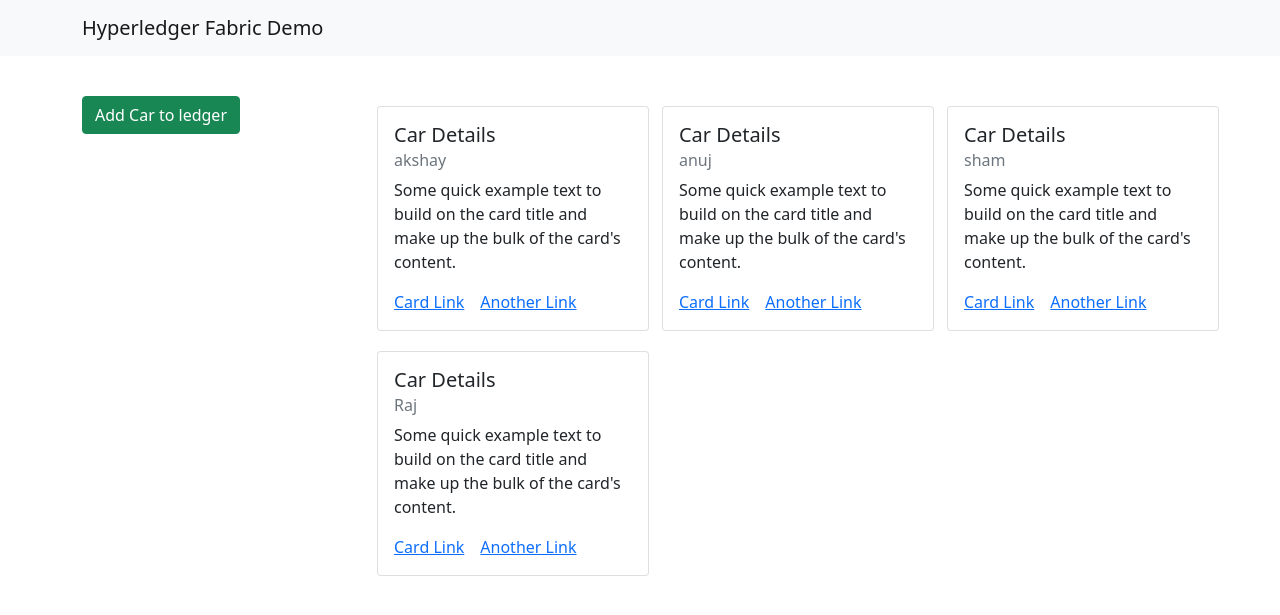
Repository: akshaykurhekar/hyperledger-asset-monetization-dapp
Page: / (app in fabcarWeb/new-ui/)
An editor plug-in stored every save of this project. The page is shown before and after the next save, followed by the edit.
The browser window is 1280 px wide. The pictures show the whole page.
The page's requests for data from a server got no answer. The project was rebuilt for these pictures with package versions that can differ from the ones it lists, and the page was loaded fresh each time. No one was signed in, and anything a server would have sent is missing.

Above is the page before, as saved 2022-03-31 16:59:17.

### fabcarWeb/new-ui/src/index.js
import React from "react";
import ReactDOM from "react-dom/client";
import "./index.css";
import App from "./App";
import reportWebVitals from "./reportWebVitals";
import "bootstrap/dist/css/bootstrap.min.css";

// ReactDOM.render(
//   <React.StrictMode>
//     <App />
//   </React.StrictMode>,
//   document.getElementById('root')
// );

ReactDOM.createRoot(document.getElementById("root")).render(
  <React.StrictMode>
    <App />
  </React.StrictMode>
);

// If you want to start measuring performance in your app, pass a function
// to log results (for example: reportWebVitals(console.log))
// or send to an analytics endpoint. Learn more: https://bit.ly/CRA-vitals
reportWebVitals();

### fabcarWeb/new-ui/src/App.js
import React, {useState, useEffect} from 'react';
import Navbar from "./components/navbar";
import Card from "./components/card";
import Model from "./components/model";
import { Container, Row, Col } from "react-bootstrap";
import axios from "axios";

function App() {
  const carList = [{ name: "akshay" }, { name: "anuj" }, { name: "sham" },{ name: "Raj" }];

  const baseURL = "https://jsonplaceholder.typicode.com/posts/1";

  const [carLists, setCarList] = useState(null);

  useEffect(() => {
    axios.get(baseURL).then((response) => {
        console.log(response.data);
      setCarList(response.data);
    });
  }, []);

  return (
    <>
      <Navbar />
      <Container>
        <Row style={{ paddingTop: "40px" }}>
          <Col sm={3}>
            <Model />
          </Col>
          <Col sm={9}>
            <Row>
              {carList.map((item, idx) => {
                return (
                  <Col sm={4}>
                    <Card key={idx} name={item.name} />
                  </Col>
                );
              })}
            </Row>
          </Col>
        </Row>
      </Container>
    </>
  );
}

export default App;

### fabcarWeb/new-ui/src/components/navbar.js
import React from 'react';
import { Navbar,Container,Nav, NavDropdown } from 'react-bootstrap'

const NavbarComp = ()=>{

    return (
      <Navbar bg="light" expand="lg">
      <Container>
        <Navbar.Brand href="#home">Hyperledger Fabric Demo</Navbar.Brand>
        <Navbar.Toggle aria-controls="basic-navbar-nav" />
        <Navbar.Collapse id="basic-navbar-nav">
          <Nav className="me-auto">
            {/* <Nav.Link href="#home">Home</Nav.Link>
            <Nav.Link href="#link">Link</Nav.Link>
            <NavDropdown title="Dropdown" id="basic-nav-dropdown">
              <NavDropdown.Item href="#action/3.1">Action</NavDropdown.Item>
              <NavDropdown.Item href="#action/3.2">Another action</NavDropdown.Item>
              <NavDropdown.Item href="#action/3.3">Something</NavDropdown.Item>
              <NavDropdown.Divider />
              <NavDropdown.Item href="#action/3.4">Separated link</NavDropdown.Item>
            </NavDropdown> */}
          </Nav>
        </Navbar.Collapse>
      </Container>
    </Navbar>
    );
};

export default NavbarComp;

### fabcarWeb/new-ui/src/components/card.js
import React from 'react';
import {Card} from 'react-bootstrap'

const Cards = (props)=>{
    return (
        <Card style={{ width: '17rem',margin:'10px' }}>
            <Card.Body>
                <Card.Title>Car Details</Card.Title>
                <Card.Subtitle className="mb-2 text-muted">{props.name}</Card.Subtitle>
                <Card.Text>
                Some quick example text to build on the card title and make up the bulk of
                the card's content.
                </Card.Text>
                <Card.Link href="#">Card Link</Card.Link>
                <Card.Link href="#">Another Link</Card.Link>
            </Card.Body>
        </Card>
    );
};

export default Cards;

### fabcarWeb/new-ui/src/components/model.js
import React,{ useState} from 'react';
import { Button, Modal} from 'react-bootstrap'

const Model = ()=>{

    const [show, setShow] = useState(false);

  const handleClose = () => setShow(false);
  const handleShow = () => setShow(true);

    return (
       <>
      <Button variant="success" onClick={handleShow}>
        Add Car to ledger
      </Button>

      <Modal show={show} onHide={handleClose}>
        <Modal.Header closeButton>
          <Modal.Title>Add Car</Modal.Title>
        </Modal.Header>
        <Modal.Body>

            </Modal.Body>
        <Modal.Footer>
          <Button variant="secondary" onClick={handleClose}>
            Close
          </Button>
          <Button variant="primary" onClick={handleClose}>
            Save
          </Button>
        </Modal.Footer>
      </Modal>
    </>
    );
};

export default Model;

Loaded but not shown: fabcarWeb/new-ui/public/index.html (common file); fabcarWeb/new-ui/src/reportWebVitals.js (common file); fabcarWeb/new-ui/src/index.css (no stored copy; drawn as an empty file)

After the next save:
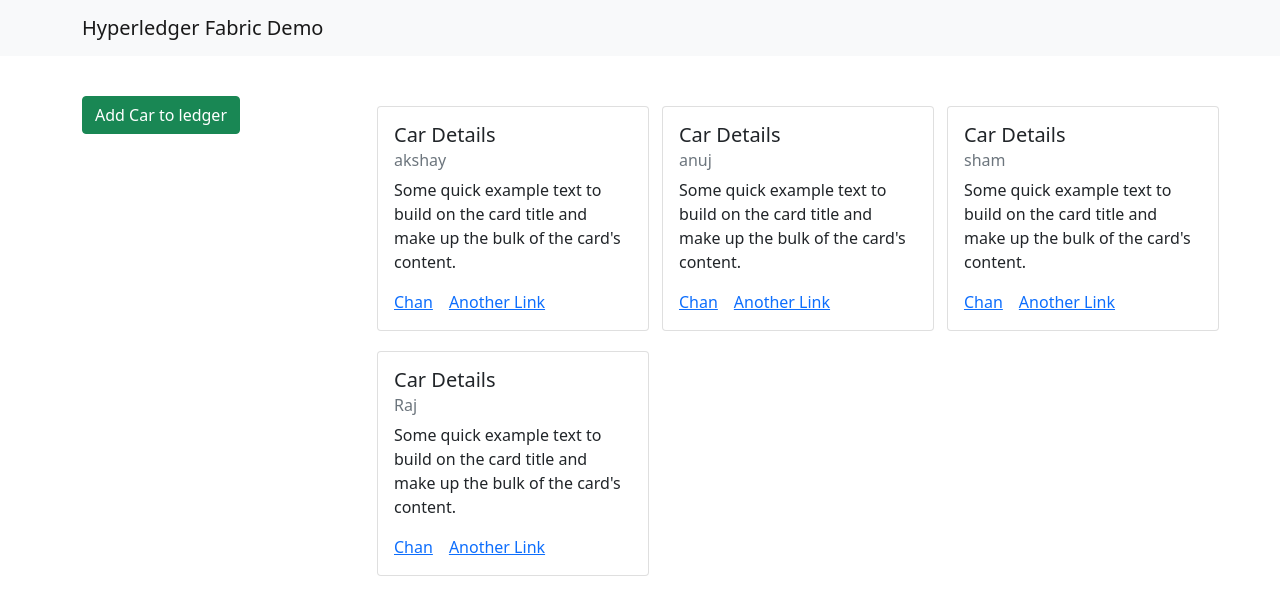
Saved 2 min 52 s later.
--- a/fabcarWeb/new-ui/src/components/card.js
+++ b/fabcarWeb/new-ui/src/components/card.js
@@ -11,7 +11,7 @@
                 Some quick example text to build on the card title and make up the bulk of
                 the card's content.
                 </Card.Text>
-                <Card.Link href="#">Card Link</Card.Link>
+                <Card.Link href="#">Chan</Card.Link>
                 <Card.Link href="#">Another Link</Card.Link>
             </Card.Body>
         </Card>
